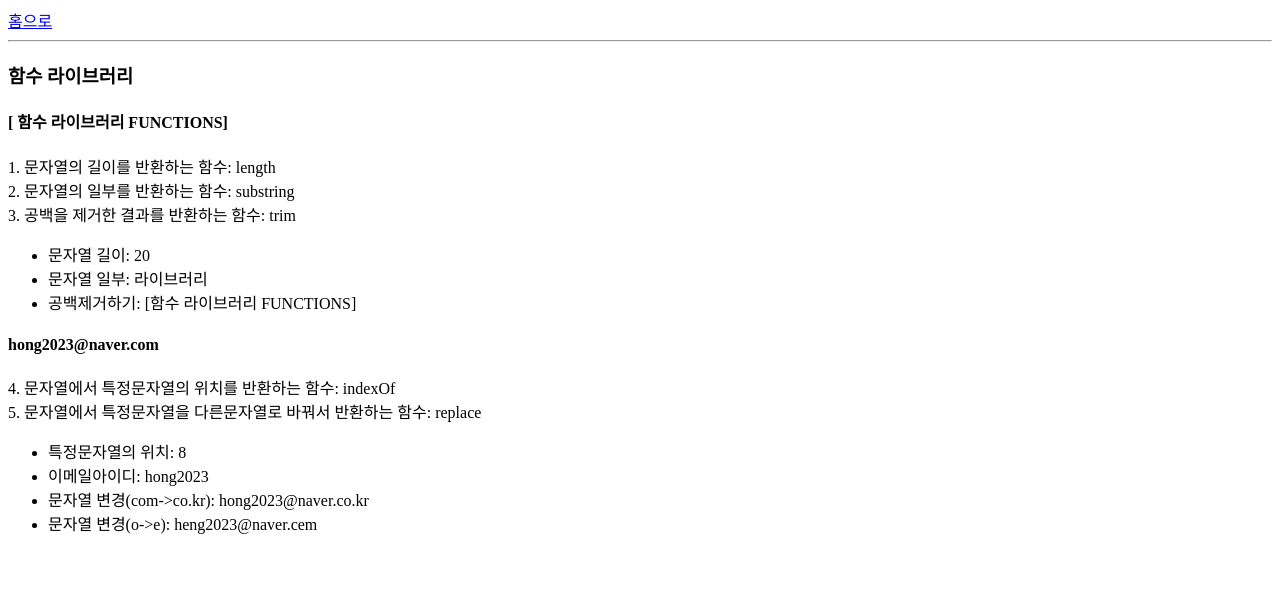
Repository: linklifejo/study_web
Page: http://localhost/servlet02/jstl/functions.jsp
These files come from the project's save history. The page is drawn as it stood at one moment and after the next save; the edit follows.
The browser window is 1280 px wide. The pictures show the whole page.
The page is served by Tomcat 9.

Above is the page before, as saved 2023-02-08 01:54:48.

After the next save:
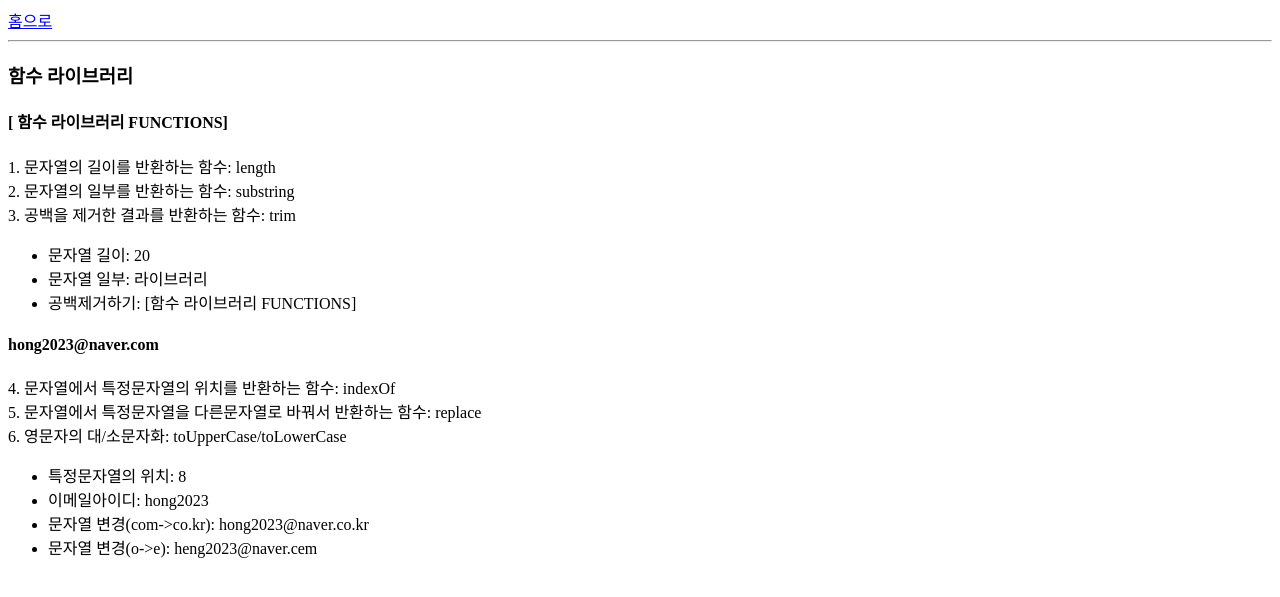
Saved 80 s later.
--- a/servlet02/src/main/webapp/jstl/functions.jsp
+++ b/servlet02/src/main/webapp/jstl/functions.jsp
@@ -28,6 +28,7 @@
 <h4>${email}</h4>
 <div>4. 문자열에서 특정문자열의 위치를 반환하는 함수: indexOf</div>
 <div>5. 문자열에서 특정문자열을 다른문자열로 바꿔서 반환하는 함수: replace</div>
+<div>6. 영문자의 대/소문자화: toUpperCase/toLowerCase</div>
 <ul>
 	<li>특정문자열의 위치: ${fn: indexOf(email, '@') } </li>
 	<li>이메일아이디: ${fn: substring(email, 0, fn: indexOf(email, '@')) }</li>
